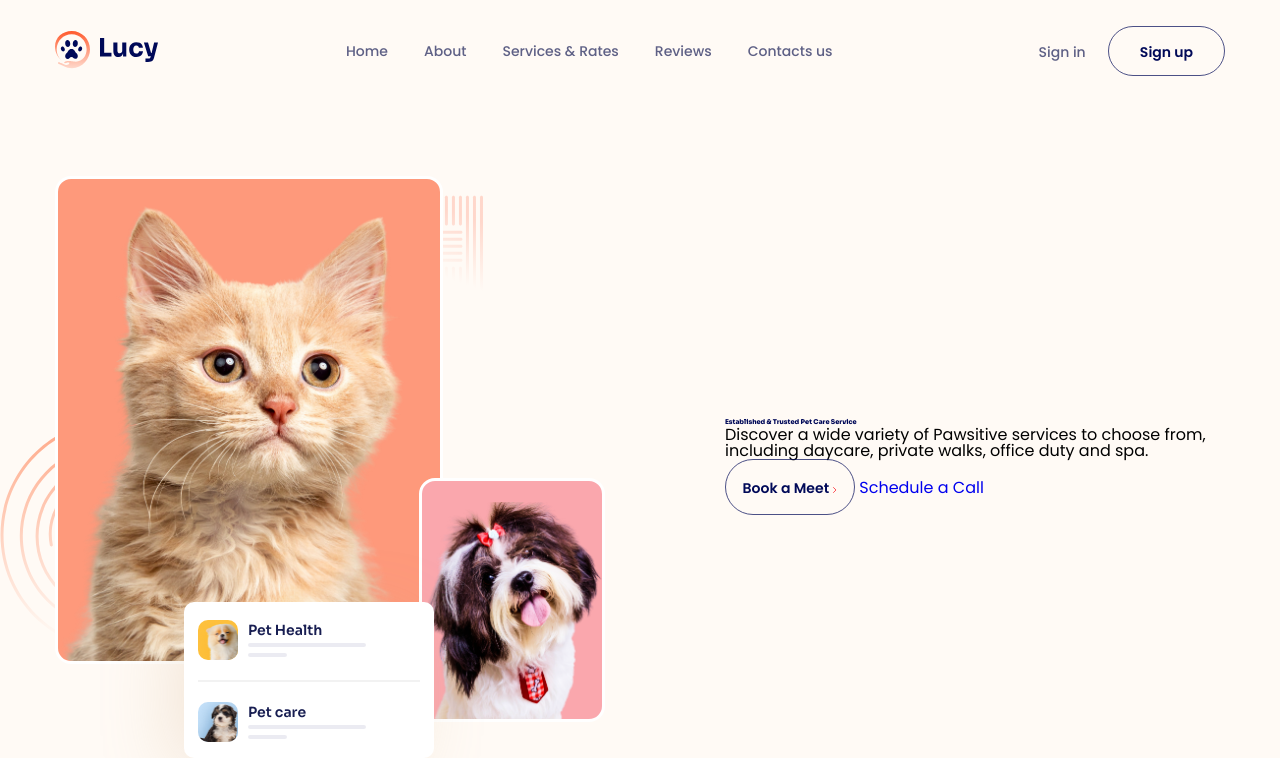
Repository: empty24062002/f8-project-05
Page: index.html
The author's editor kept a copy of each file at every save. The page is drawn from the files as they stood at one save, then again after the next save.
The browser window is 1280 px wide. The pictures show the whole page.

Above is the page before, as saved 2023-09-09 18:15:49.

### index.html
<!DOCTYPE html>
<html lang="en">
    <head>
        <meta charset="UTF-8" />
        <meta name="viewport" content="width=device-width, initial-scale=1.0" />
        <title>Lucy</title>
        <!-- favicon -->
        <link
            rel="apple-touch-icon"
            sizes="57x57"
            href="./assets/favicon/apple-icon-57x57.png"
        />
        <link
            rel="apple-touch-icon"
            sizes="60x60"
            href="./assets/favicon/apple-icon-60x60.png"
        />
        <link
            rel="apple-touch-icon"
            sizes="72x72"
            href="./assets/favicon/apple-icon-72x72.png"
        />
        <link
            rel="apple-touch-icon"
            sizes="76x76"
            href="./assets/favicon/apple-icon-76x76.png"
        />
        <link
            rel="apple-touch-icon"
            sizes="114x114"
            href="./assets/favicon/apple-icon-114x114.png"
        />
        <link
            rel="apple-touch-icon"
            sizes="120x120"
            href="./assets/favicon/apple-icon-120x120.png"
        />
        <link
            rel="apple-touch-icon"
            sizes="144x144"
            href="./assets/favicon/apple-icon-144x144.png"
        />
        <link
            rel="apple-touch-icon"
            sizes="152x152"
            href="./assets/favicon/apple-icon-152x152.png"
        />
        <link
            rel="apple-touch-icon"
            sizes="180x180"
            href="./assets/favicon/apple-icon-180x180.png"
        />
        <link
            rel="icon"
            type="image/png"
            sizes="192x192"
            href="./assets/favicon/android-icon-192x192.png"
        />
        <link
            rel="icon"
            type="image/png"
            sizes="32x32"
            href="./assets/favicon/favicon-32x32.png"
        />
        <link
            rel="icon"
            type="image/png"
            sizes="96x96"
            href="./assets/favicon/favicon-96x96.png"
        />
        <link
            rel="icon"
            type="image/png"
            sizes="16x16"
            href="./assets/favicon/favicon-16x16.png"
        />
        <link rel="manifest" href="./assets/favicon/manifest.json" />
        <meta name="msapplication-TileColor" content="#ffffff" />
        <meta
            name="msapplication-TileImage"
            content="./assets/favicon/ms-icon-144x144.png"
        />
        <meta name="theme-color" content="#ffffff" />
        <!-- reset CSS -->
        <link rel="stylesheet" href="./assets/css/reset.css" />
        <!-- embed font -->
        <link rel="preconnect" href="https://fonts.googleapis.com" />
        <link rel="preconnect" href="https://fonts.gstatic.com" crossorigin />
        <link
            href="https://fonts.googleapis.com/css2?family=Poppins:wght@300;400;500;600&family=Sora:wght@600;700;800&display=swap"
            rel="stylesheet"
        />
        <!-- style css -->
        <link rel="stylesheet" href="./assets/css/styles.css" />
    </head>
    <body>
        <!-- header -->
        <header class="header">
            <div class="container">
                <div class="header__inner">
                    <!-- logo -->
                    <a href="#!">
                        <img
                            src="./assets/img/logo.svg"
                            alt="Lucy"
                            class="header__logo"
                        />
                    </a>
                    <!-- navbar -->
                    <nav class="navbar">
                        <ul class="navbar__list">
                            <li class="navbar__item">
                                <a href="#!" class="navbar__link"> Home </a>
                            </li>
                            <li class="navbar__item">
                                <a href="#!" class="navbar__link"> About </a>
                            </li>
                            <li class="navbar__item">
                                <a href="#!" class="navbar__link"
                                    >Services & Rates
                                </a>
                            </li>
                            <li class="navbar__item">
                                <a href="#!" class="navbar__link"> Reviews </a>
                            </li>
                            <li class="navbar__item">
                                <a href="#!" class="navbar__link">
                                    Contacts us
                                </a>
                            </li>
                        </ul>
                    </nav>
                    <!-- header action -->
                    <div class="header-action">
                        <a href="#!" class="header-action__link">Sign in</a>
                        <a href="#!" class="btn header-action__btn">Sign up</a>
                    </div>
                </div>
            </div>
        </header>
        <!-- hero -->
        <section class="hero">
            <div class="container">
                <div class="hero__inner">
                    <!-- hero media -->
                    <div class="hero__media">
                        <div class="hero__img-wrap">
                            <img
                                src="./assets/img/hero__img1.png"
                                alt=""
                                class="hero__img"
                            />

                            <!-- Decorators -->
                            <img
                                src="./assets/img/decor__01.svg"
                                alt=""
                                class="hero__decor hero__decor-left"
                            />
                            <img
                                src="./assets/img/decor__02.svg"
                                alt=""
                                class="hero__decor hero__decor-right"
                            />
                        </div>
                        <div class="hero__img-wrap hero__img-wrap-small">
                            <img
                                src="./assets/img/hero__img2.png"
                                alt=""
                                class="hero__img"
                            />
                        </div>

                        <div class="hero__list">
                            <!-- hero list item 1 -->
                            <section class="hero-list-item">
                                <img
                                    src="./assets/img/hero__img3.png"
                                    alt=""
                                    class="hero-list-item__thump"
                                />
                                <div class="hero-list-item__info">
                                    <p class="hero-list-item__title">
                                        Pet Health
                                    </p>
                                    <div class="hero-list-item__skeleton"></div>
                                    <div
                                        class="hero-list-item__skeleton"
                                        style="--width: 39px"
                                    ></div>
                                </div>
                            </section>

                            <div class="hero-list-item__separate"></div>
                            <!-- hero list item 2 -->
                            <section class="hero-list-item">
                                <img
                                    src="./assets/img/hero__img4.png"
                                    alt=""
                                    class="hero-list-item__thump"
                                />
                                <div class="hero-list-item__info">
                                    <p class="hero-list-item__title">
                                        Pet care
                                    </p>
                                    <div class="hero-list-item__skeleton"></div>
                                    <div
                                        class="hero-list-item__skeleton"
                                        style="--width: 39px"
                                    ></div>
                                </div>
                            </section>
                        </div>
                    </div>
                    <!-- hero content -->
                    <section class="hero__content">
                        <h1 class="hero__heading">
                            Established & Trusted Pet Care Service
                        </h1>
                        <p class="hero__desc">
                            Discover a wide variety of Pawsitive services to
                            choose from, including daycare, private walks,
                            office duty and spa.
                        </p>
                        <div class="hero__row">
                            <a href="#!" class="btn">
                                Book a Meet
                                <span class="btn__icon">
                                    <svg
                                        width="5"
                                        height="6"
                                        viewBox="0 0 5 6"
                                        fill="none"
                                        xmlns="http://www.w3.org/2000/svg"
                                    >
                                        <path
                                            d="M1.48584 0.5L3.98584 3L1.48584 5.5"
                                            stroke="#FD5056"
                                            stroke-linecap="round"
                                            stroke-linejoin="round"
                                        />
                                    </svg>
                                </span>
                            </a>
                            <a href="#!" class="hero__cta-link">
                                Schedule a Call
                            </a>
                        </div>
                    </section>
                </div>
            </div>
        </section>
    </body>
</html>

### assets/css/styles.css
* {
    box-sizing: border-box;
}

html {
    font-size: 62.5%;
}

body {
    font-size: 1.6rem;
    font-family: "Poppins", sans-serif;
    background: #fffaf5;
}

/* common */

h1,
h2,
h3,
h4,
h5,
h6 {
    font-family: "Sora", sans-serif;
}

input,
textarea,
select,
button {
    font-size: inherit;
    font-family: inherit;
}

a {
    text-decoration: none;
}

.container {
    width: 1170px;
    max-width: calc(100% - 48px);
    margin: 0 auto;
}

.btn {
    --height: 56px;

    display: inline-block;
    min-width: 130px;
    height: var(--height);
    line-height: var(--height);
    border: 1px solid rgb(0, 9, 88, 0.7);
    border-radius: 99px;
    color: #000958;
    text-align: center;
    font-size: 1.4rem;
    font-weight: 600;
}

.btn:hover {
    opacity: 0.8;
}

/* header */
.header {
    padding: 26px 0;
}

.header__inner {
    display: flex;
    justify-content: space-between;
    align-items: center;
}

.navbar__list {
    display: flex;
}

.navbar__link,
.header-action__link {
    padding: 8px 18px;
    color: #5e6085;
    font-size: 1.4rem;
    font-weight: 500;
    line-height: 1; /* 100% */
}

.navbar__link:hover {
    color: #000958;
    text-shadow: 1px 0 0 currentColor;
}

.header-action__btn {
    --height: 50px;

    min-width: 117px;
}

/* hero */
.hero {
    margin-top: 74px;
}

.hero__inner {
    display: flex;
    justify-content: space-between;
    align-items: center;
    column-gap: 120px;
}

.hero__media {
    display: flex;
    position: relative;
    padding-bottom: 94px;
}

.hero__img-wrap {
    position: relative;
    display: flex;
    justify-content: center;
    align-items: flex-end;
    width: 388px;
    height: 488px;
    border: 3px solid #fff;
    border-radius: 16px;
    background: #fe997b;
}

.hero__img {
    max-width: 100%;
    max-height: 100%;
    border-radius: inherit;
}

.hero__decor {
    position: absolute;
    z-index: -1;
}

.hero__decor-left {
    left: -58px;
    bottom: 10px;
}

.hero__decor-right {
    top: 16px;
    right: -43px;
}

.hero__img-wrap-small {
    align-self: flex-end;
    width: 186px;
    height: 244px;
    margin: 0 0 -58px -24px;
    border: 2px solod #f7dddf;
    background: #faa7ad;
}

.hero__list {
    position: absolute;
    left: 129px;
    bottom: 0;
    width: 250px;
    height: 156px;
    padding: 18px 14px;
    border-radius: 10px;
    background: #fff;
    box-shadow: -17px 14px 68px -4px rgba(207, 174, 132, 0.25);
}

.hero-list-item {
    display: flex;
    align-items: center;
}

.hero-list-item:nth-of-type(2) .hero-list-item__thump {
    background-color: #c6e2fa;
}

.hero-list-item__thump {
    width: 40px;
    height: 40px;
    border-radius: 10px;
    object-fit: cover;
    background: #fec23f;
}

.hero-list-item__info {
    margin-left: 10px;
}

.hero-list-item__title {
    color: #181e52;
    font-family: "Sora", sans-serif;
    font-size: 1.4rem;
    font-weight: 600;
    line-height: 1;
}

.hero-list-item__separate {
    margin: 20px 0;
    width: 100%;
    height: 2px;
    background: #f2f2f2;
}

.hero-list-item__skeleton {
    margin-top: 6px;
    width: var(--width, 118px);
    height: 4px;
    border-radius: 10px;
    opacity: 0.08;
    background: #000958;
}

.hero__heading {
    color: #000958;
    font-size: 6.6px;
    font-weight: 800;
    line-height: 1.15; /* 115.152% */
}

Loaded but not shown: assets/css/reset.css (common file)

After the next save:
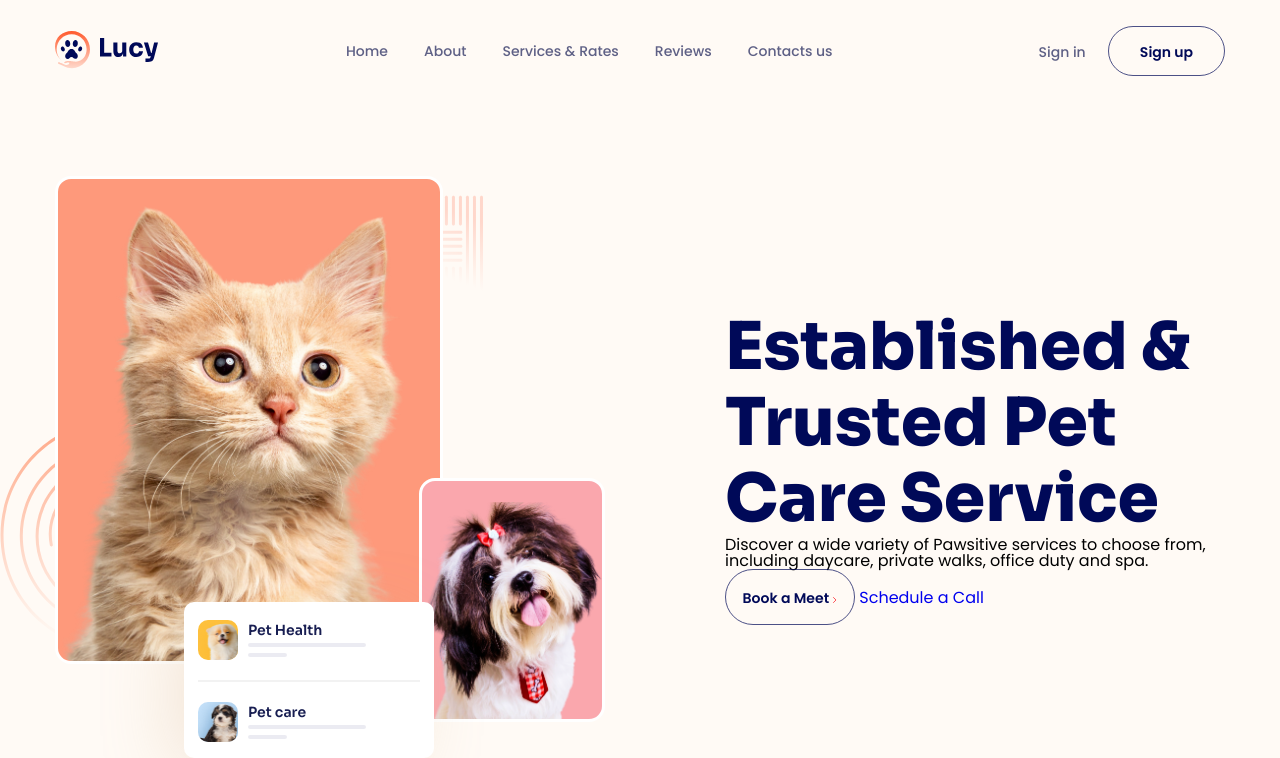
Saved 16 s later.
--- a/assets/css/styles.css
+++ b/assets/css/styles.css
@@ -214,7 +214,7 @@ a {
 
 .hero__heading {
     color: #000958;
-    font-size: 6.6px;
+    font-size: 6.6rem;
     font-weight: 800;
     line-height: 1.15; /* 115.152% */
 }
